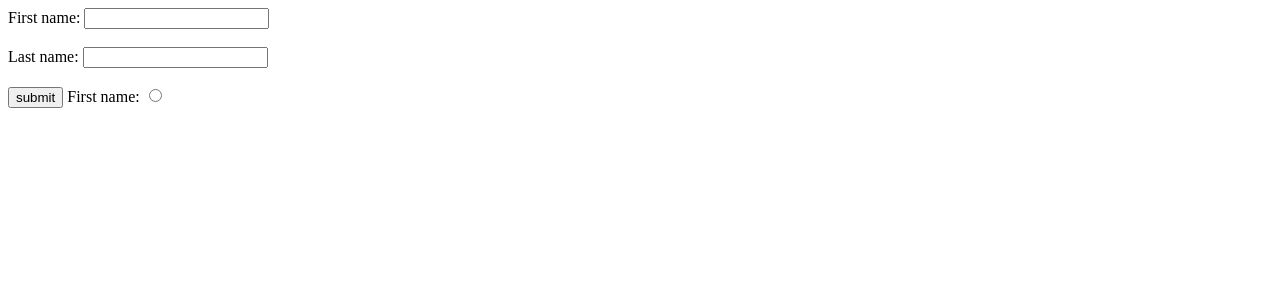
Repository: sumankumar1pe/Test111
Page: LoginPageDemo/WebContent/registration_page.html
The author's editor kept a copy of each file at every save. The page is drawn from the files as they stood at one save, then again after the next save.
The browser window is 1280 px wide. The pictures show the whole page.

Above is the page before, as saved 2016-12-19 04:58:28.

After the next save:
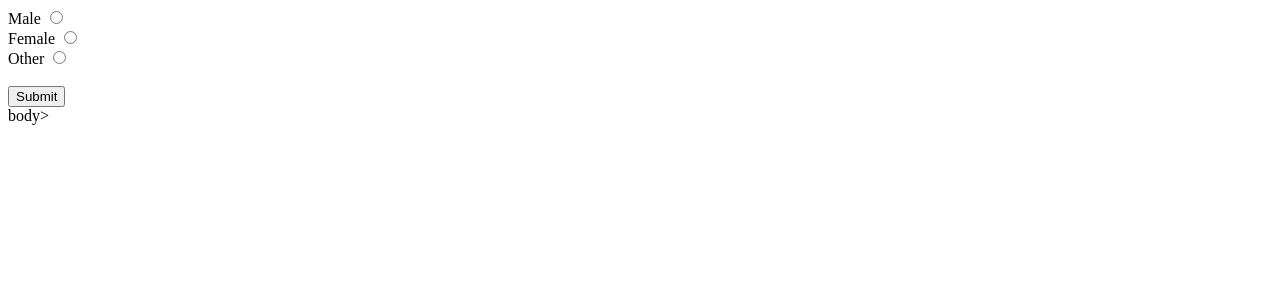
Saved 5 min 54 s later.
--- a/LoginPageDemo/WebContent/registration_page.html
+++ b/LoginPageDemo/WebContent/registration_page.html
@@ -5,26 +5,14 @@
 <title>Insert title here</title>
 </head>
 <body>
-	<form action="registration_page.jsp">
-
-	<lable for="f">First name:</lable>
-	<input type="text" name="Fname" id="f"">
-
-	<br/>
-	<br/>
-	<lable for="l">Last name:</lable>
-	<input type="text" name="Lname" id="l">
-	<br/><br/>
-	<input type="button" value="submit">
-
-
-
-	<lable for="r">First name:</lable>
-	<input type="radio" name="Fname" id="r"">
-
-
-
-
-	</form>
-</body>
+<form action="demo_form.asp">
+  <label for="male">Male</label>
+  <input type="radio" name="gender" id="male" value="male"><br>
+  <label for="female">Female</label>
+  <input type="radio" name="gender" id="female" value="female"><br>
+  <label for="other">Other</label>
+  <input type="radio" name="gender" id="other" value="other"><br><br>
+  <input type="submit" value="Submit">
+</form>
+</body>body>
 </html>
